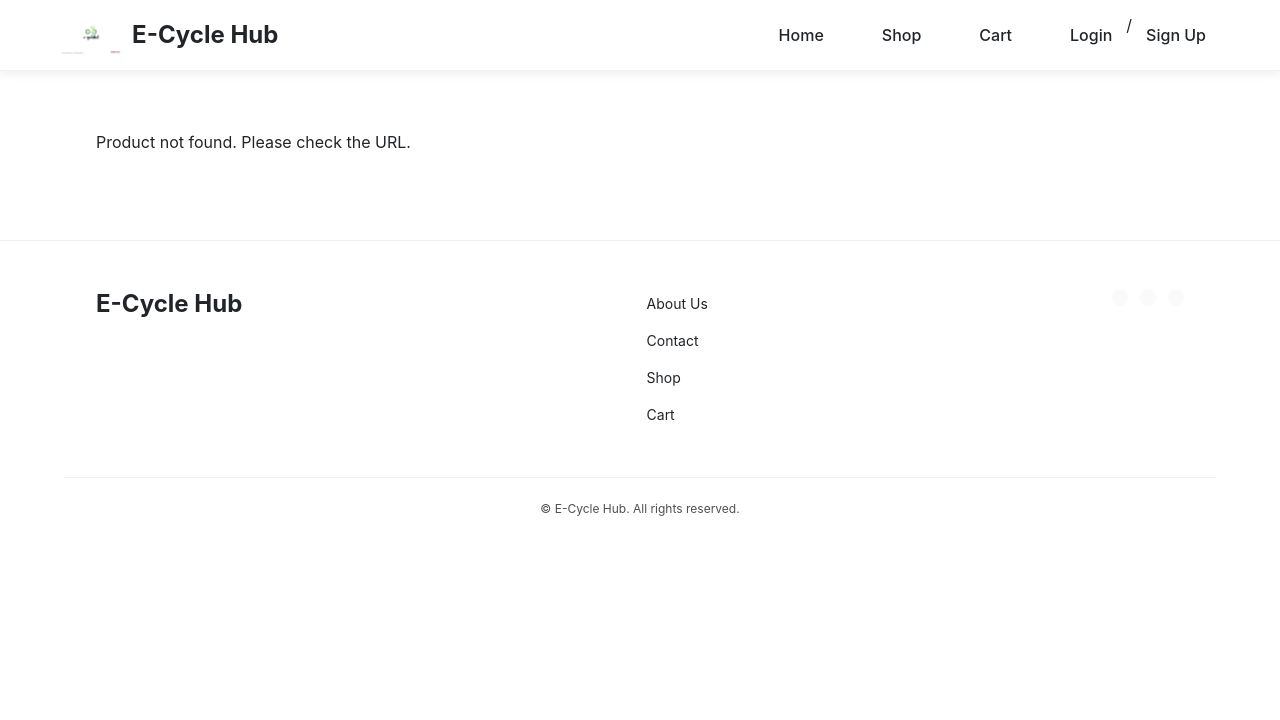
Repository: Rutuja-g/E-Cycle-Hub
Page: public/product.html
The author's editor kept a copy of each file at every save. The page is drawn from the files as they stood at one save, then again after the next save.
The browser window is 1280 px wide. The pictures show the whole page.

Above is the page before, as saved 2025-10-25 20:10:01.

After the next save:
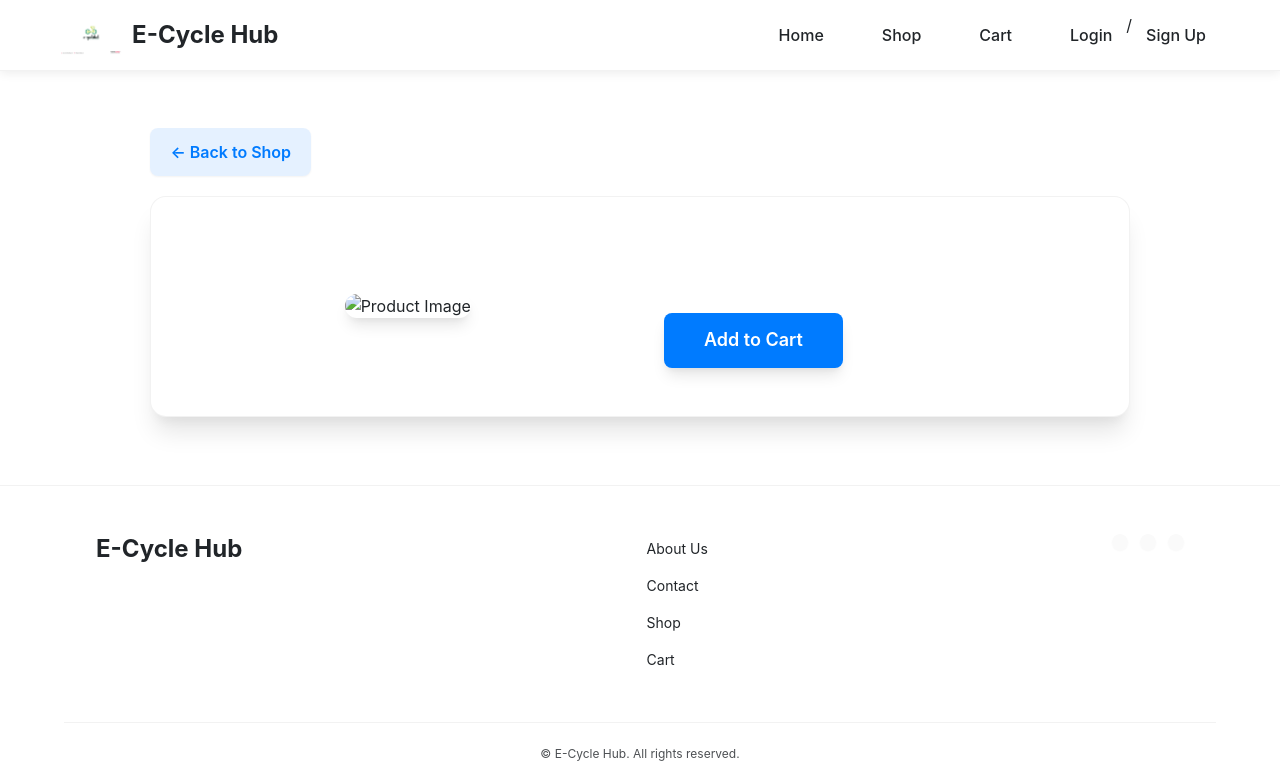
Console error: ReferenceError: Utils is not defined
Saved 43 s later.
--- a/public/js/product-details.js
+++ b/public/js/product-details.js
@@ -6,33 +6,14 @@
 */
 
 (function () {
-  const CART_KEY = "ecycle_cart";
-  const STORAGE_KEY = "ecycle_products";
-
-  function getCart() {
-    try {
-      const raw = localStorage.getItem(CART_KEY);
-      return raw ? JSON.parse(raw) : [];
-    } catch (e) {
-      console.error("Error retrieving cart:", e);
-      return [];
-    }
-  }
-
-  function saveCart(cart) {
-    try {
-      localStorage.setItem(CART_KEY, JSON.stringify(cart));
-    } catch (e) {
-      console.error("Error saving cart:", e);
-    }
-  }
+  // Use shared utils
+  const { getCart, saveCart, showToast } = Utils;
 
   function getProducts() {
     try {
-      const raw = localStorage.getItem(STORAGE_KEY);
+      const raw = localStorage.getItem("ecycle_products");
       return raw ? JSON.parse(raw) : [];
     } catch (e) {
-      console.error("Error retrieving products:", e);
       return [];
     }
   }
@@ -42,32 +23,42 @@
     const productId = urlParams.get("id");
     if (!productId) {
       console.warn("No product ID provided in URL.");
-      document.querySelector(".product-details").innerHTML =
-        "<p>Product not found. Please check the URL.</p>";
+      const detailsEl = document.querySelector(".product-details");
+      if (detailsEl) {
+        detailsEl.innerHTML = "<p>Product not found. Please check the URL.</p>";
+      }
       return;
     }
 
     const products = getProducts();
     if (!Array.isArray(products) || products.length === 0) {
       console.error("No products available.");
-      document.querySelector(".product-details").innerHTML =
-        "<p>Products data is unavailable. Please try again later.</p>";
+      const detailsEl = document.querySelector(".product-details");
+      if (detailsEl) {
+        detailsEl.innerHTML =
+          "<p>Products data is unavailable. Please try again later.</p>";
+      }
       return;
     }
 
     const product = products.find((p) => String(p.id) === String(productId));
     if (!product) {
       console.warn("Product with ID", productId, "not found.");
-      document.querySelector(".product-details").innerHTML =
-        "<p>Product not found.</p>";
+      const detailsEl = document.querySelector(".product-details");
+      if (detailsEl) {
+        detailsEl.innerHTML = "<p>Product not found.</p>";
+      }
       return;
     }
 
     // Validate product data
     if (!product.name || !product.price || !product.description) {
       console.error("Incomplete product data for ID", productId, product);
-      document.querySelector(".product-details").innerHTML =
-        "<p>Product data is incomplete. Please contact support.</p>";
+      const detailsEl = document.querySelector(".product-details");
+      if (detailsEl) {
+        detailsEl.innerHTML =
+          "<p>Product data is incomplete. Please contact support.</p>";
+      }
       return;
     }
 
@@ -80,7 +71,9 @@
     const nameEl = document.getElementById("productName");
     if (nameEl) nameEl.textContent = product.name;
     const priceEl = document.getElementById("productPrice");
-    if (priceEl) priceEl.textContent = `$${Utils.formatPrice(product.price)}`;
+    if (priceEl) {
+      priceEl.textContent = `$${Number(product.price).toLocaleString()}`;
+    }
     const descEl = document.getElementById("productDescription");
     if (descEl) descEl.textContent = product.description;
 
@@ -105,7 +98,7 @@
           });
         }
         saveCart(cart);
-        Utils.showToast("Added to cart!");
+        showToast("Added to cart!");
         setTimeout(() => {
           window.location.href = "cart.html";
         }, 1000);
